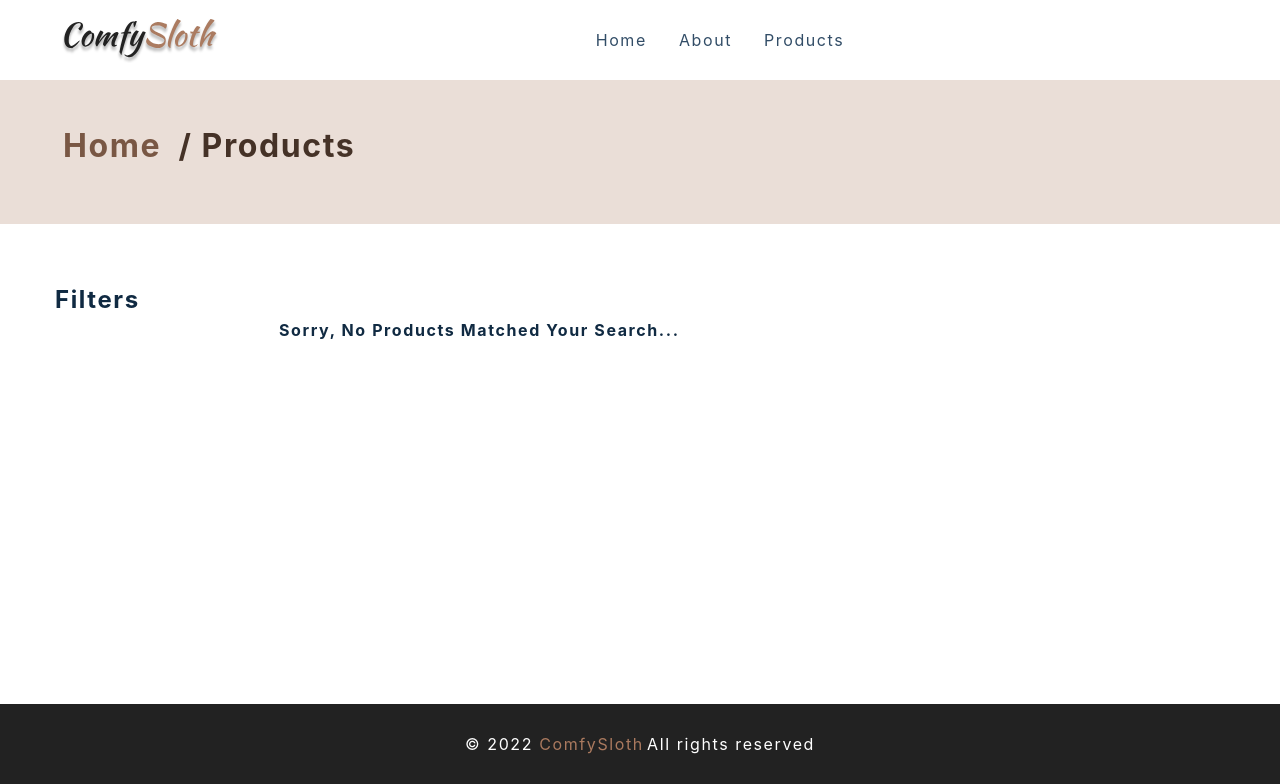
Repository: MateuszWorek/react-comfy-store
Page: /products
The author's editor kept a copy of each file at every save. The page is drawn from the files as they stood at one save, then again after the next save.
The browser window is 1280 px wide. The pictures show the whole page.
The page's requests for data from a server got no answer. The project was rebuilt for these pictures with package versions that can differ from the ones it lists, and the page was loaded fresh each time. A package was used in the major version that the imports need, not the one package.json lists. No one was signed in, and anything a server would have sent is missing. Also part of the build but not shown: src/components/Error.js, src/components/Loading.js, src/components/Product.js, src/components/FeaturedProducts.js, src/reducers/cart_reducer.js, src/context/cart_context.js, src/context/user_context.js, src/components/Hero.js and 19 more. Imported but missing from the stored project, and not drawn on this page: src/components/AmountButtons.

Above is the page before, as saved 2022-07-17 09:08:06.

After the next save:
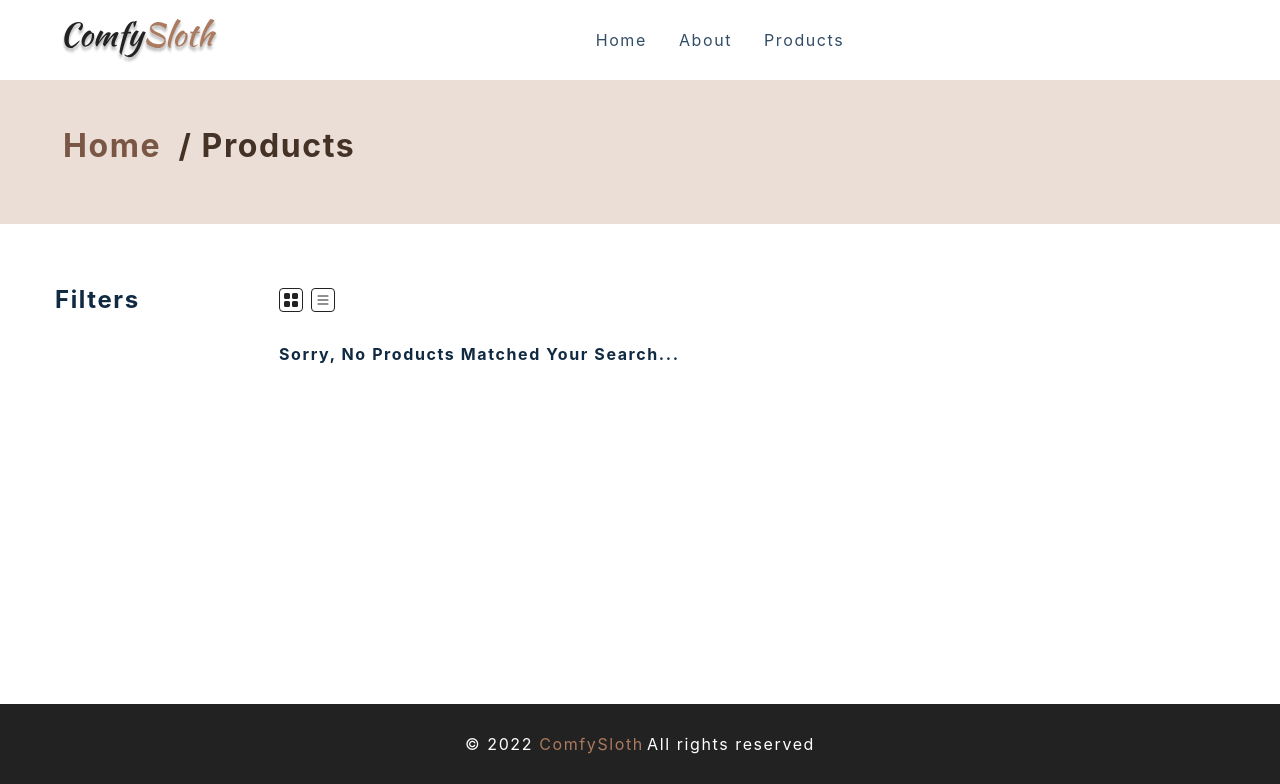
Saved 88 s later.
--- a/src/components/Sort.js
+++ b/src/components/Sort.js
@@ -8,7 +8,14 @@ const Sort = () => {
 
   return (
     <Wrapper>
-      <div className='btn-container'></div>
+      <div className='btn-container'>
+        <button type='button'>
+          <BsFillGridFill />
+        </button>
+        <button type='button'>
+          <BsList />
+        </button>
+      </div>
     </Wrapper>
   );
 };
